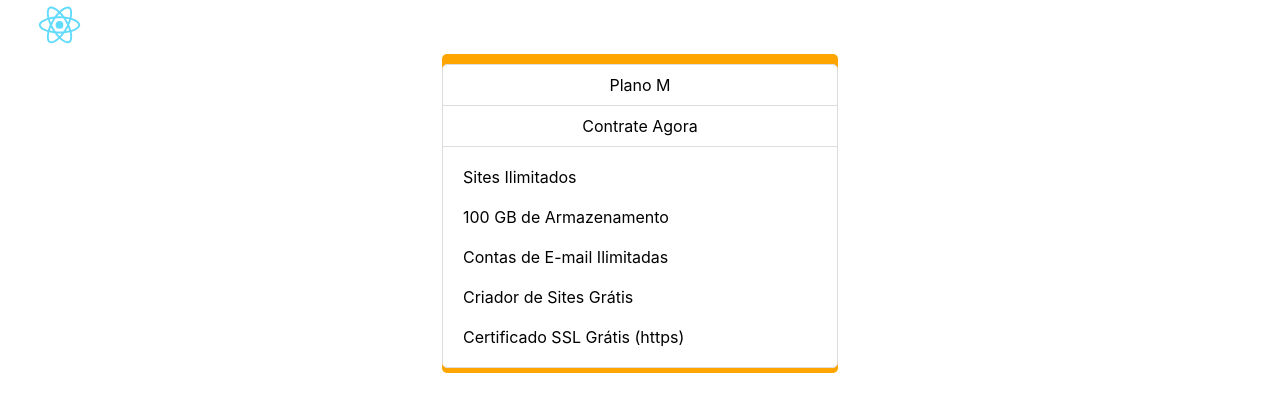
Repository: gatomazi/hostgatorFrontend
Page: /
These files come from the project's save history. The page is drawn as it stood at one moment and after the next save; the edit follows.
The browser window is 1280 px wide. The pictures show the whole page.
The project was rebuilt for these pictures with package versions that can differ from the ones it lists, and the page was loaded fresh each time.

Above is the page before, as saved 2020-01-24 11:13:55.

After the next save:
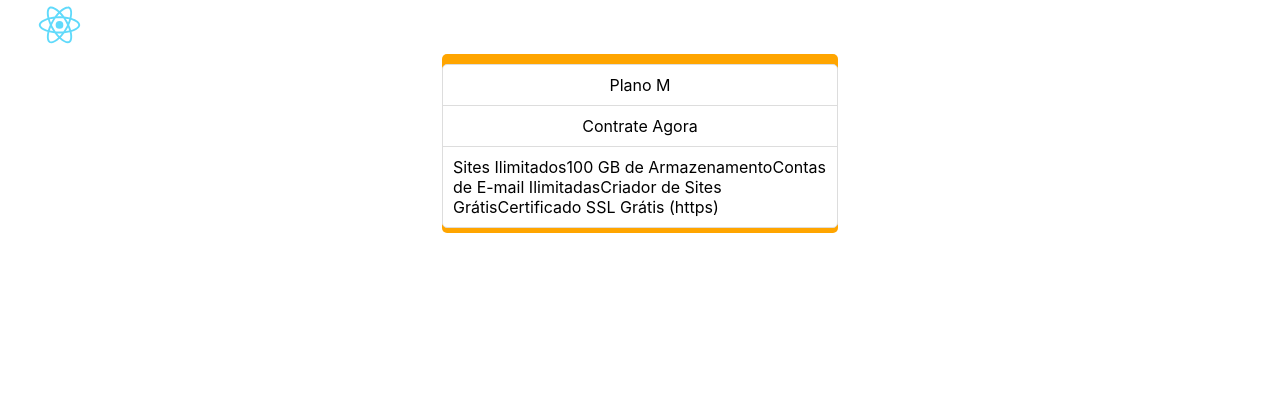
Saved 56 s later.
--- a/src/components/Plano.js
+++ b/src/components/Plano.js
@@ -13,11 +13,11 @@ const Plano = () => {
             <div>Plano M</div>
             <div className="insideDivisor">Contrate Agora</div>
             <div style={{ textAlign: "left" }}>
-              <div>Sites Ilimitados</div>
-              <div>100 GB de Armazenamento</div>
-              <div>Contas de E-mail Ilimitadas</div>
-              <div>Criador de Sites Grátis</div>
-              <div>Certificado SSL Grátis (https)</div>
+              <span>Sites Ilimitados</span>
+              <span>100 GB de Armazenamento</span>
+              <span>Contas de E-mail Ilimitadas</span>
+              <span>Criador de Sites Grátis</span>
+              <span>Certificado SSL Grátis (https)</span>
             </div>
           </div>
         </Grid>
